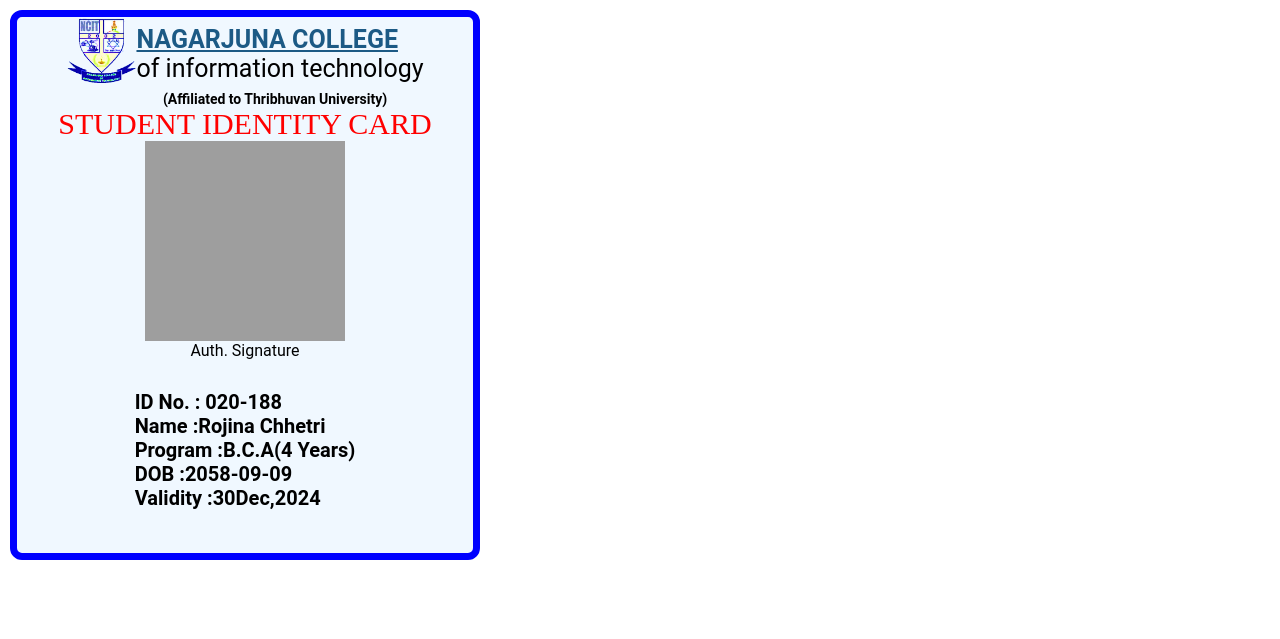
Repository: Rojinachhetri/roji
Page: rojina.html
These files come from the project's save history. The page is drawn as it stood at one moment and after the next save; the edit follows.
The browser window is 1280 px wide. The pictures show the whole page.
Pictures or frames that could not be fetched are drawn as grey boxes.

Above is the page before, as saved 2023-04-24 22:44:43.

### rojina.html
<!DOCTYPE html>
<html lang="en">

<head>
    <meta charset="UTF-8">
    <meta http-equiv="X-UA-Compatible" content="IE=edge">
    <meta name="viewport" content="width=device-width, initial-scale=1.0">
    <title>Nagrajuna college</title>
    <link rel="stylesheet" href="rojina.css">
</head>

<body>
    <div class="container">
        <div class="hero">
            <div class="logo">
                <img src="logo1.png" alt="logo" height="70px" width="70px">

            </div>
            <div class="container_text">
                <div class="name">NAGARJUNA COLLEGE</div>
                <div class="class1">of information technology</div>
            </div>
        </div>
        <div class="header">(Affiliated to Thribhuvan University)
        </div>
        <div class="student">STUDENT IDENTITY CARD</div>
        <div class="hero1">
            <img src="./rojinaa.jpg" alt="picture" height="200px" width="200px">
            <div>Auth. Signature</div>
        </div>
        <div class="id">
            <div>ID No. : 020-188</div>
            <div>Name :Rojina Chhetri</div>
            <div>Program :B.C.A(4 Years)</div>
            <div>DOB :2058-09-09</div>
            <div>Validity :30Dec,2024</div>
        </div>

    </div>


</body>

</html>

### rojina.css
    * {
        box-sizing: border-box;
        padding: 0px;
        margin: 0px;
        font-family: RobotO, sans-serif
    }

    .container {
        width: 470px;
        height: 550px;
        background-color: aliceblue;
        border: 7px solid blue;
        display: flex;
        flex-direction: column;
        align-items: center;
        margin: 10px;
        padding: 0px 10px 10px 10px;
        border-radius: 12px 12px 12px 12px;
    }

    .hero {
        display: flex;
        flex-direction: row;
        align-items: center;
    }

    .container_text {
        font-size: 25px;
    }

    .container_text .name {
        text-decoration: underline;
        color: #1c5a85;
        font-weight: bolder;
    }

    .header {
        font-size: 14px;
        font-weight: bold;
        margin-left: 60px;
    }

    .hero1 {
        display: flex;
        flex-direction: column;
        align-items: center;
    }

    .student {
        font-size: 30px;
        font-weight: 500;
        font-family: 'Times New Roman', Times, serif;
        color: red;
    }

    .id {
        font-size: 20px;
        margin-top: 30px;
        font-weight: bold;
    }

After the next save:
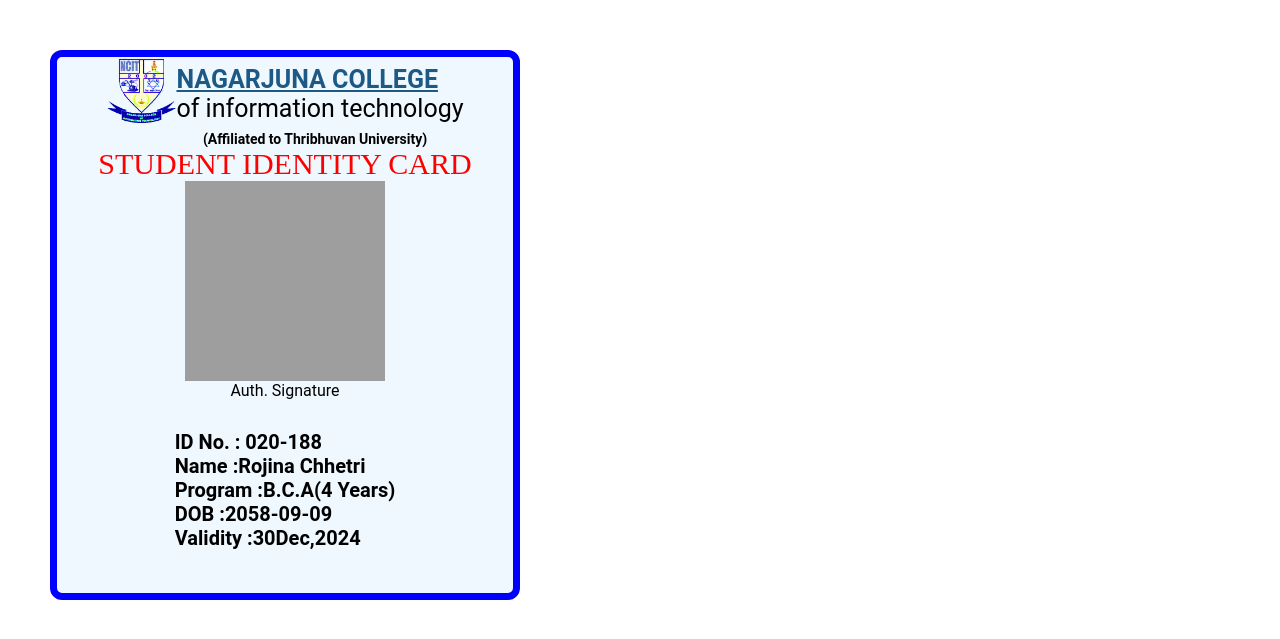
Saved 19 s later.
--- a/rojina.css
+++ b/rojina.css
@@ -13,7 +13,7 @@
         display: flex;
         flex-direction: column;
         align-items: center;
-        margin: 10px;
+        margin: 50px;
         padding: 0px 10px 10px 10px;
         border-radius: 12px 12px 12px 12px;
     }
